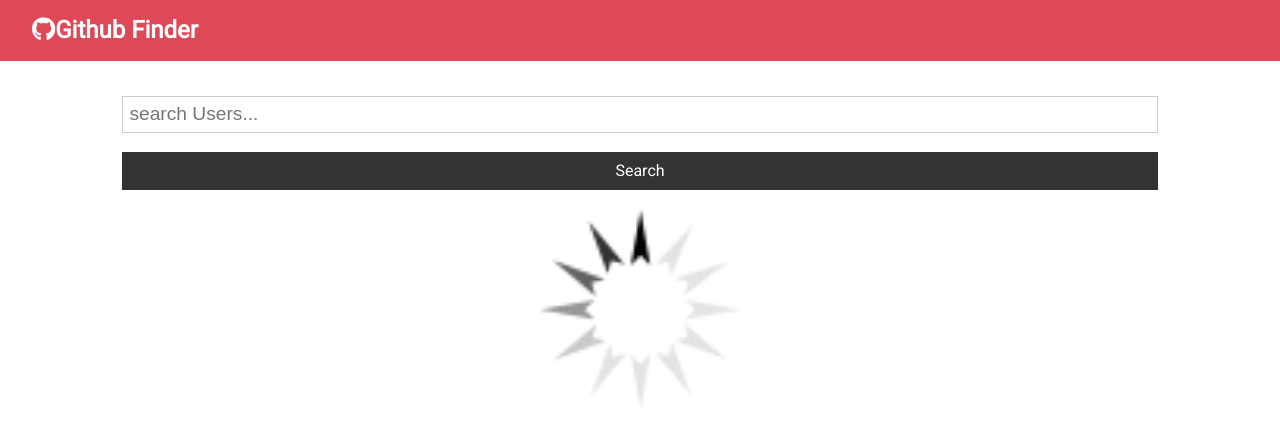
Repository: MANUCHANDRAN94/Github-Finder-React-
Page: /
An editor plug-in stored every save of this project. The page is shown before and after the next save, followed by the edit.
The browser window is 1280 px wide. The pictures show the whole page.
The page's requests for data from a server got no answer. Some web libraries are served in a nearby version. The project was rebuilt for these pictures with package versions that can differ from the ones it lists, and the page was loaded fresh each time. No one was signed in, and anything a server would have sent is missing. Also part of the build but not shown: src/components/users/UserItem.js.

Above is the page before, as saved 2020-10-12 07:55:48.

### src/App.js
import Axios from "axios";
import React, { Component } from "react";
import "./App.css";
import Navbar from "./components/layout/Navbar";
import Search from "./components/users/Search";
import Users from "./components/users/Users";

class App extends Component {
  state = {
    users: [],
    loading: false,
  };
  async componentDidMount() {
    this.setState({ loading: true });
    const res = await Axios.get(
      `https://api.github.com/users?client_id=${process.env.REACT_APP_GITHUB_CLIENT_ID}&client_secret=${process.env.REACT_APP_GITHUB_CLIENT_SECRET}`
    );
    this.setState({ users: res.data, loading: false });
  }
  // search Github Users
  searchUsers = async (text) => {
    this.setState({ loading: true });
    const res = await Axios.get(
      `https://api.github.com/search/users?q=${text}&client_id=${process.env.REACT_APP_GITHUB_CLIENT_ID}&client_secret=${process.env.REACT_APP_GITHUB_CLIENT_SECRET}`
    );
    this.setState({ users: res.data.items, loading: false });
  };
  render() {
    let { loading, users } = this.state;
    return (
      <div className='App'>
        <Navbar />
        <div className='container'>
          <Search searchUsers={this.searchUsers} />
          <Users loading={loading} users={users} />
        </div>
      </div>
    );
  }
}

export default App;

### src/components/layout/Navbar.jsx
import React from "react";
import PropTypes from "prop-types";

const Navbar = ({ icon, title }) => {
  return (
    <nav className='navbar bg-primary'>
      <h1>
        <i className={icon}></i>
        {title}
      </h1>
    </nav>
  );
};

Navbar.defaultProps = {
  title: "Github Finder",
  icon: "fab fa-github",
};
// eslint-disable-next-line react/no-typos
Navbar.propTypes = {
  title: PropTypes.string.isRequired,
  icon: PropTypes.string.isRequired,
};

export default Navbar;

### src/components/users/Search.js
import React, { Component } from "react";

class Search extends Component {
  state = {
    text: "",
  };

  onChange = (e) => {
    this.setState({ [e.target.name]: e.target.value });
  };
  onSubmit = (e) => {
    e.preventDefault();
    this.props.searchUsers(this.state.text);
    this.setState({ text: "" });
  };

  render() {
    return (
      <div>
        <form onSubmit={this.onSubmit} action='' className='form'>
          <input
            type='text'
            name='text'
            placeholder='search Users...'
            value={this.state.text}
            onChange={this.onChange}
          />
          <input
            type='submit'
            value='Search'
            className='btn btn-dark btn-block'
          />
        </form>
      </div>
    );
  }
}

export default Search;

### src/components/users/Users.js
import React from "react";
import Spinner from "../layout/Spinner";
import UserItem from "./UserItem";
import PropTypes from "prop-types";

const Users = ({ users, loading }) => {
  if (loading) {
    return <Spinner />;
  } else {
    return (
      <div style={userStyle}>
        {users.map((user) => (
          <UserItem key={user.id} user={user} />
        ))}
      </div>
    );
  }
};

Users.propTypes = {
  users: PropTypes.array.isRequired,
  loading: PropTypes.bool.isRequired,
};

const userStyle = {
  display: "grid",
  gridTemplateColumns: "repeat(3 , 1fr)",
  gridGap: "1rem",
};

export default Users;

### src/components/layout/Spinner.js
import React, { Fragment } from "react";
import spinner from "./spinner.gif";

const Spinner = () => {
  return (
    <Fragment>
      <img
        src={spinner}
        alt='loading'
        style={{ width: "200px", margin: "auto", display: "block" }}
      />
    </Fragment>
  );
};

export default Spinner;

Loaded but not shown: public/index.html (common file); src/index.js (common file); src/App.css (common file)

After the next save:
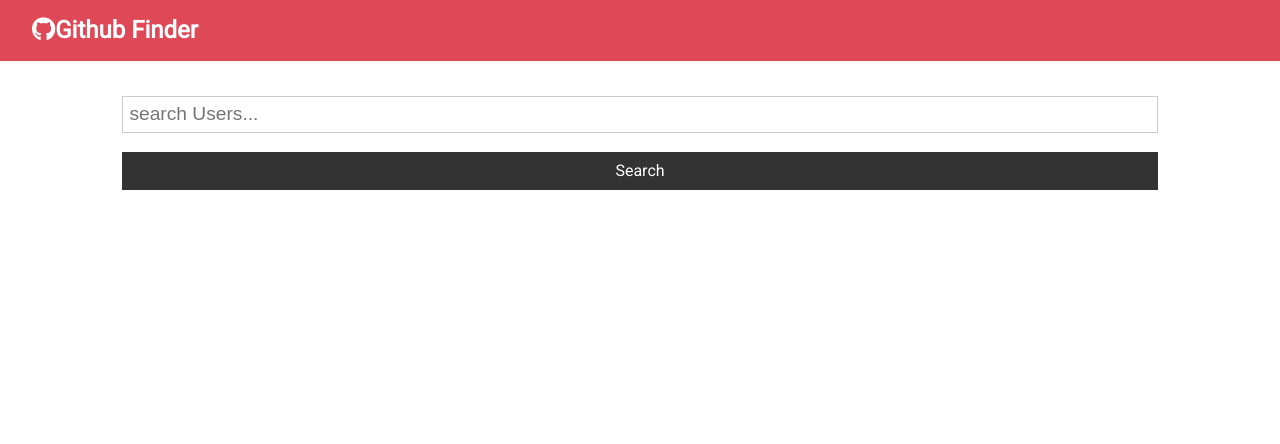
Saved 24 s later.
--- a/src/App.js
+++ b/src/App.js
@@ -10,13 +10,13 @@
     users: [],
     loading: false,
   };
-  async componentDidMount() {
-    this.setState({ loading: true });
-    const res = await Axios.get(
-      `https://api.github.com/users?client_id=${process.env.REACT_APP_GITHUB_CLIENT_ID}&client_secret=${process.env.REACT_APP_GITHUB_CLIENT_SECRET}`
-    );
-    this.setState({ users: res.data, loading: false });
-  }
+  // async componentDidMount() {
+  //   this.setState({ loading: true });
+  //   const res = await Axios.get(
+  //     `https://api.github.com/users?client_id=${process.env.REACT_APP_GITHUB_CLIENT_ID}&client_secret=${process.env.REACT_APP_GITHUB_CLIENT_SECRET}`
+  //   );
+  //   this.setState({ users: res.data, loading: false });
+  // }
   // search Github Users
   searchUsers = async (text) => {
     this.setState({ loading: true });

After the save that followed:
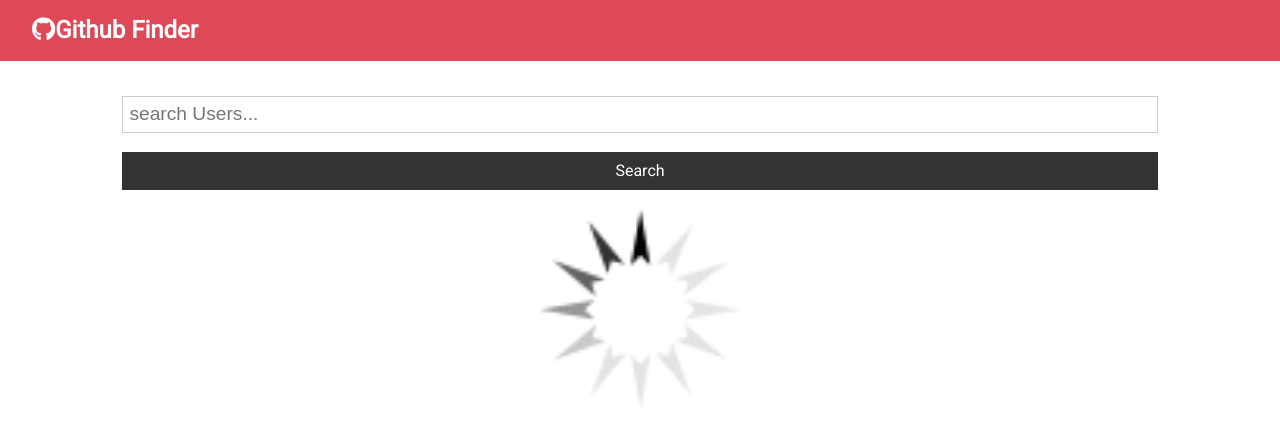
Saved 84 s later.
--- a/src/App.js
+++ b/src/App.js
@@ -10,13 +10,13 @@
     users: [],
     loading: false,
   };
-  // async componentDidMount() {
-  //   this.setState({ loading: true });
-  //   const res = await Axios.get(
-  //     `https://api.github.com/users?client_id=${process.env.REACT_APP_GITHUB_CLIENT_ID}&client_secret=${process.env.REACT_APP_GITHUB_CLIENT_SECRET}`
-  //   );
-  //   this.setState({ users: res.data, loading: false });
-  // }
+  async componentDidMount() {
+    this.setState({ loading: true });
+    const res = await Axios.get(
+      `https://api.github.com/users?client_id=${process.env.REACT_APP_GITHUB_CLIENT_ID}&client_secret=${process.env.REACT_APP_GITHUB_CLIENT_SECRET}`
+    );
+    this.setState({ users: res.data, loading: false });
+  }
   // search Github Users
   searchUsers = async (text) => {
     this.setState({ loading: true });
